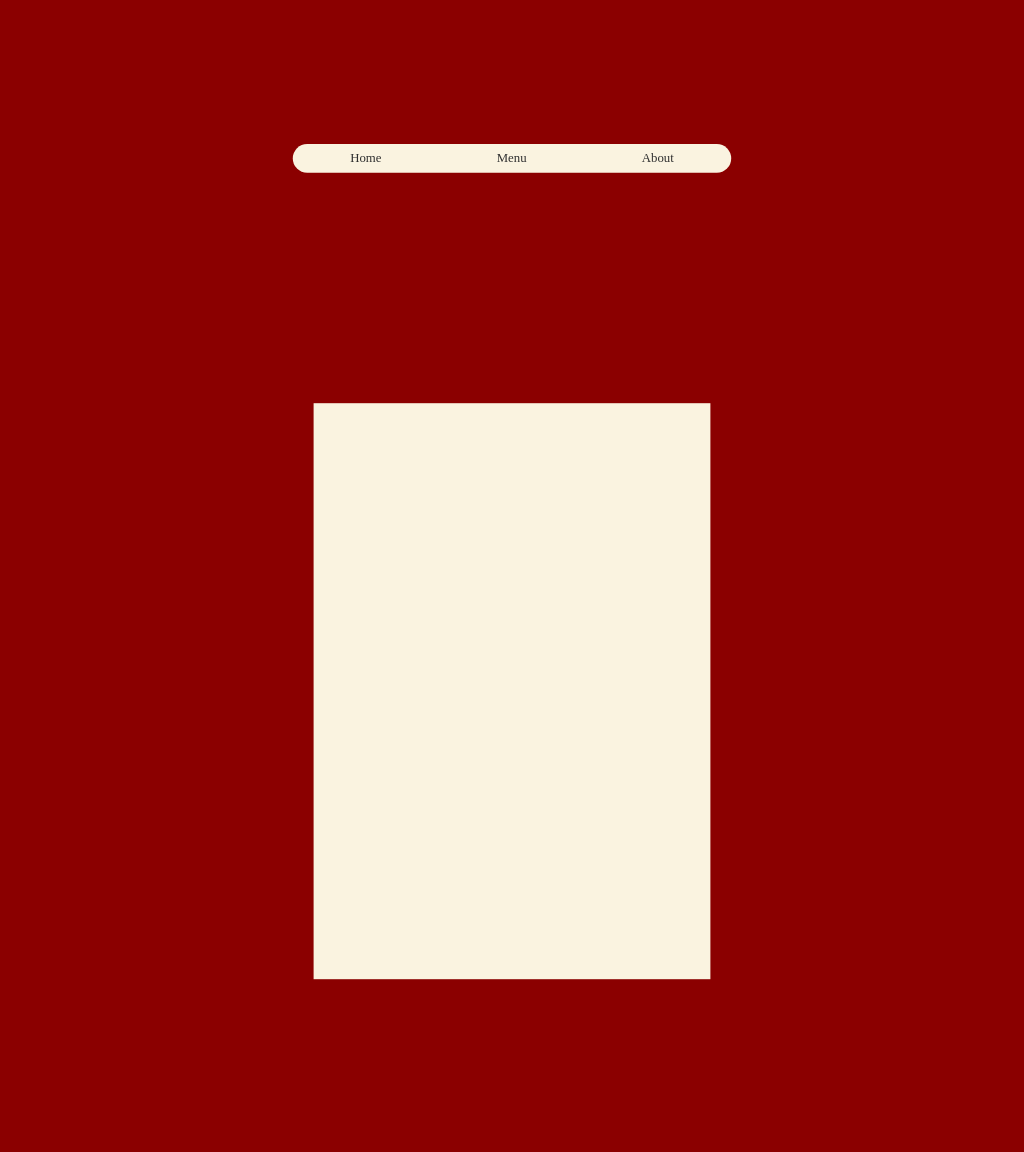
Repository: Dimitris2031/Restaurant-Front-page
Page: / (app in webpack-practice/)
These files come from the project's save history. The page is drawn as it stood at one moment and after a run of saves; the edit follows.
The browser window is 1280 px wide. The pictures show the whole page, at 80% of full size.
The project was rebuilt for these pictures with package versions that can differ from the ones it lists, and the page was loaded fresh each time. Also part of the build but not shown: webpack-practice/webpack.config.js.

Above is the page before, as saved 2025-09-10 10:43:18.

After the next 2 saves:
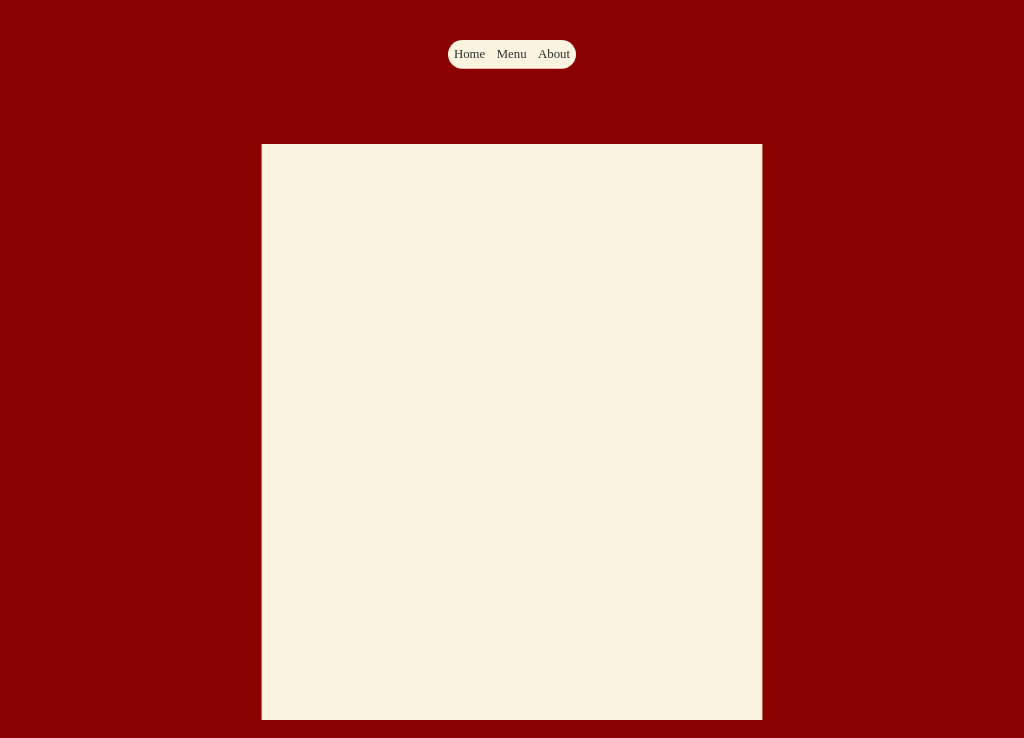
The 2 saves are shown as one change because they came seconds apart.
The last was saved 7 s later.
--- a/webpack-practice/src/styles.css
+++ b/webpack-practice/src/styles.css
@@ -1,5 +1,5 @@
 *{
-  margin: 10vh;
+  margin: 1vh;
   padding: 0;
 
 }
